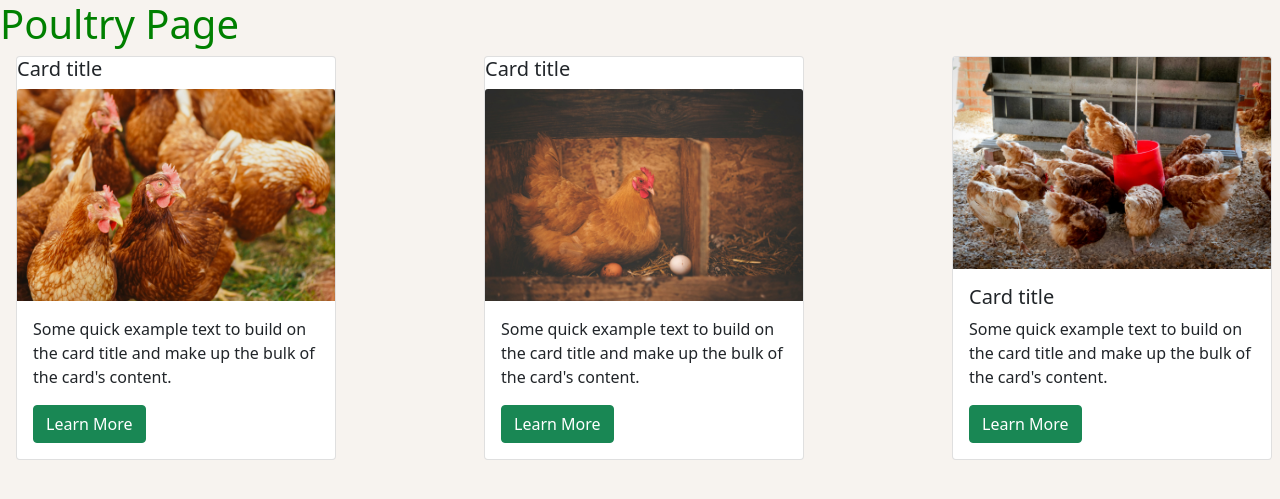
Repository: Allevandrose/Agri-invest
Page: poultry.html
The author's editor kept a copy of each file at every save. The page is drawn from the files as they stood at one save, then again after a run of saves.
The browser window is 1280 px wide. The pictures show the whole page.

Above is the page before, as saved 2024-04-13 15:27:24.

### poultry.html
<!DOCTYPE html>
<html lang="en">

<head>
    <meta charset="UTF-8">
    <link href="https://cdn.jsdelivr.net/npm/bootstrap@5.0.2/dist/css/bootstrap.min.css" rel="stylesheet" integrity="sha384-EVSTQN3/azprG1Anm3QDgpJLIm9Nao0Yz1ztcQTwFspd3yD65VohhpuuCOmLASjC" crossorigin="anonymous">
    <meta name="viewport" content="width=device-width, initial-scale=1.0">
    <link rel="stylesheet" href="poultry.css">
    <title>Document</title>
</head>

<body>
    <h1 class="h1">Poultry Page</h1>

    <div class="card-container d-flex flex-row">
        <div class="card mr-2" style="width: 20rem;">
            <h5 class="card-title">Card title</h5>
            <img src="poultry images/chick1.jpg" class="card-img-top" alt="...">
            <div class="card-body">

                <p class="card-text">Some quick example text to build on the card title and make up the bulk of the card's content.</p>
                <a href="#" class="btn btn-success">Learn More</a>
            </div>
        </div>
        <div class="card mr-2" style="width: 20rem;">
            <h5 class="card-title">Card title</h5>
            <img src="poultry images/chick2.jpg" class="card-img-top" alt="...">
            <div class="card-body">
                <p class="card-text">Some quick example text to build on the card title and make up the bulk of the card's content.</p>
                <a href="#" class="btn btn-success">Learn More</a>
            </div>
        </div>
        <div class="card mr-2" style="width: 20rem;">
            <img src="poultry images/chick3.jpg" class="card-img-top" alt="...">
            <div class="card-body">
                <h5 class="card-title">Card title</h5>
                <p class="card-text">Some quick example text to build on the card title and make up the bulk of the card's content.</p>
                <a href="#" class="btn btn-success">Learn More</a>
            </div>
        </div>




        <!-- script tag -->
        <script src="https://cdn.jsdelivr.net/npm/bootstrap@5.0.2/dist/js/bootstrap.bundle.min.js" integrity="sha384-MrcW6ZMFYlzcLA8Nl+NtUVF0sA7MsXsP1UyJoMp4YLEuNSfAP+JcXn/tWtIaxVXM" crossorigin="anonymous"></script>
</body>

</html>

### poultry.css
body {
    background-color: rgb(247, 243, 239);
}

.h1 {
    color: green;
}

.card-container {
    display: flex;
    flex-wrap: wrap;
    justify-content: space-between;
    margin-left: 16px;
    margin-right: 8px;
}

After the next 2 saves:
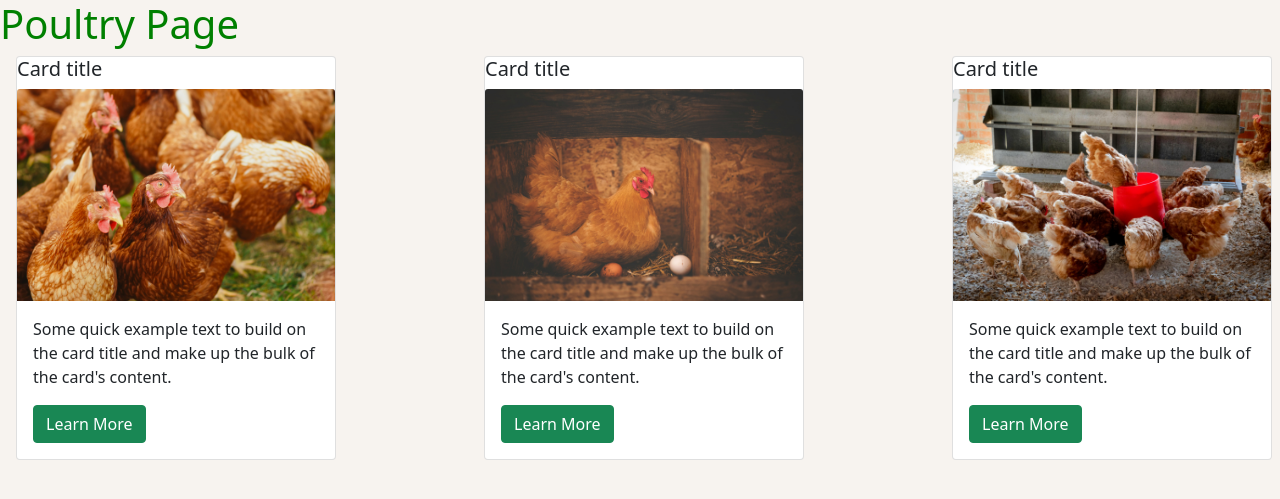
The 2 saves are shown as one change because they came seconds apart.
The last was saved 8 s later.
--- a/poultry.html
+++ b/poultry.html
@@ -31,9 +31,10 @@
             </div>
         </div>
         <div class="card mr-2" style="width: 20rem;">
+            <h5 class="card-title">Card title</h5>
             <img src="poultry images/chick3.jpg" class="card-img-top" alt="...">
             <div class="card-body">
-                <h5 class="card-title">Card title</h5>
+
                 <p class="card-text">Some quick example text to build on the card title and make up the bulk of the card's content.</p>
                 <a href="#" class="btn btn-success">Learn More</a>
             </div>
